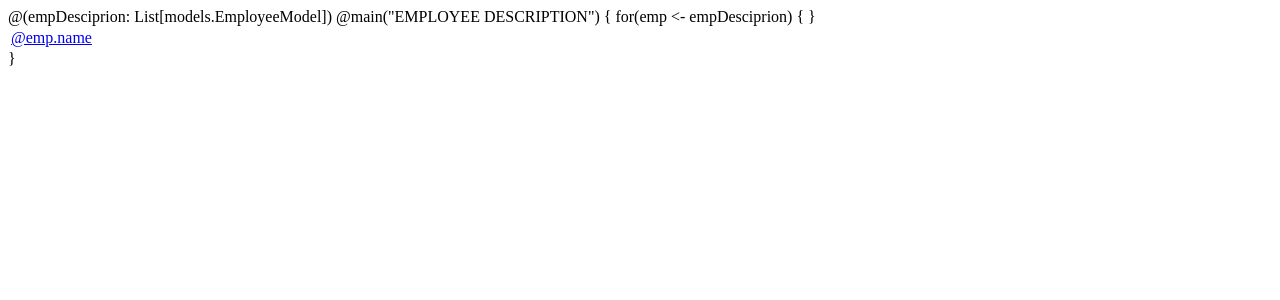
Repository: sumitkum200690/PLAY_SLICK
Page: Play_DB/app/views/employeeByIdDescription.scala.html
The author's editor kept a copy of each file at every save. The page is drawn from the files as they stood at one save, then again after the next save.
The browser window is 1280 px wide. The pictures show the whole page.

Above is the page before, as saved 2015-09-22 14:03:05.

### Play_DB/app/views/employeeByIdDescription.scala.html
@(empDesciprion: List[models.EmployeeModel])

@main("EMPLOYEE DESCRIPTION") {

<table>

  for(emp <- empDesciprion) {

	<tr><td><a href="/reporteeDescription/@emp.name/@emp.id">@emp.name</a></td></tr>
  }
  </table>

}

After the next save:
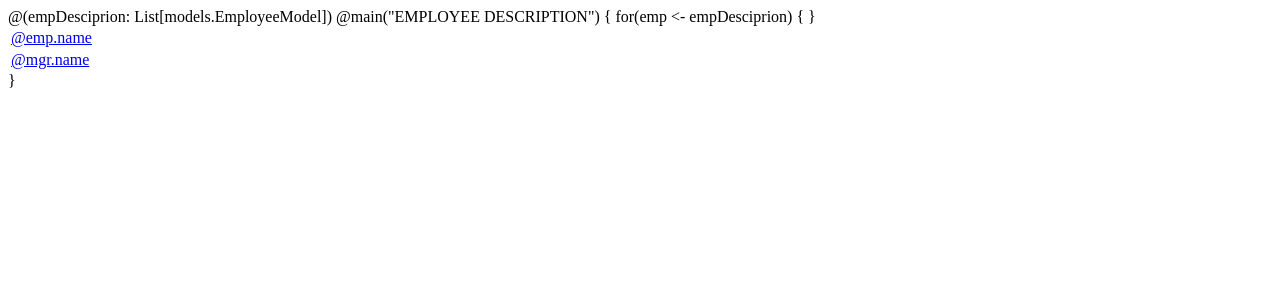
Saved 2 min 11 s later.
--- a/Play_DB/app/views/employeeByIdDescription.scala.html
+++ b/Play_DB/app/views/employeeByIdDescription.scala.html
@@ -6,7 +6,11 @@
 
   for(emp <- empDesciprion) {
 
-	<tr><td><a href="/reporteeDescription/@emp.name/@emp.id">@emp.name</a></td></tr>
+	<tr><td><a href="/ReporteeDescription/@emp.name/@emp.id"> @emp.name</a></td></tr>
+
+	<tr><td><a href="/Reportees/@mgr.id">  @mgr.name</a></td></tr>
+
+
   }
   </table>
 

After the save that followed:
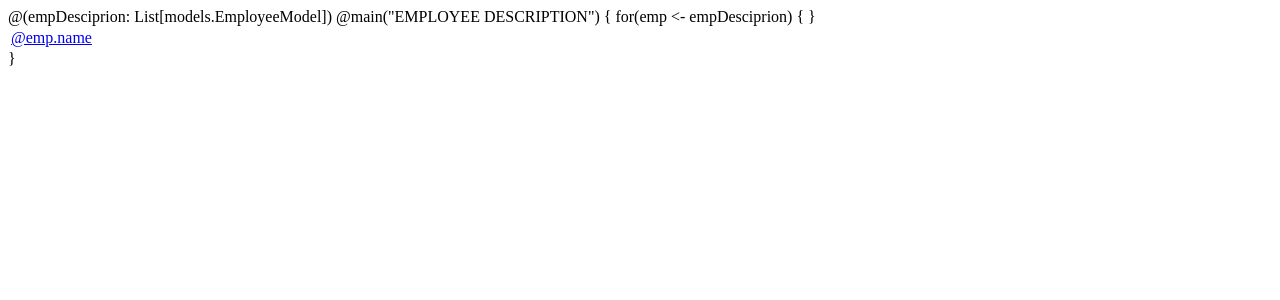
Saved 13 s later.
--- a/Play_DB/app/views/employeeByIdDescription.scala.html
+++ b/Play_DB/app/views/employeeByIdDescription.scala.html
@@ -8,7 +8,6 @@
 
 	<tr><td><a href="/ReporteeDescription/@emp.name/@emp.id"> @emp.name</a></td></tr>
 
-	<tr><td><a href="/Reportees/@mgr.id">  @mgr.name</a></td></tr>
 
 
   }
